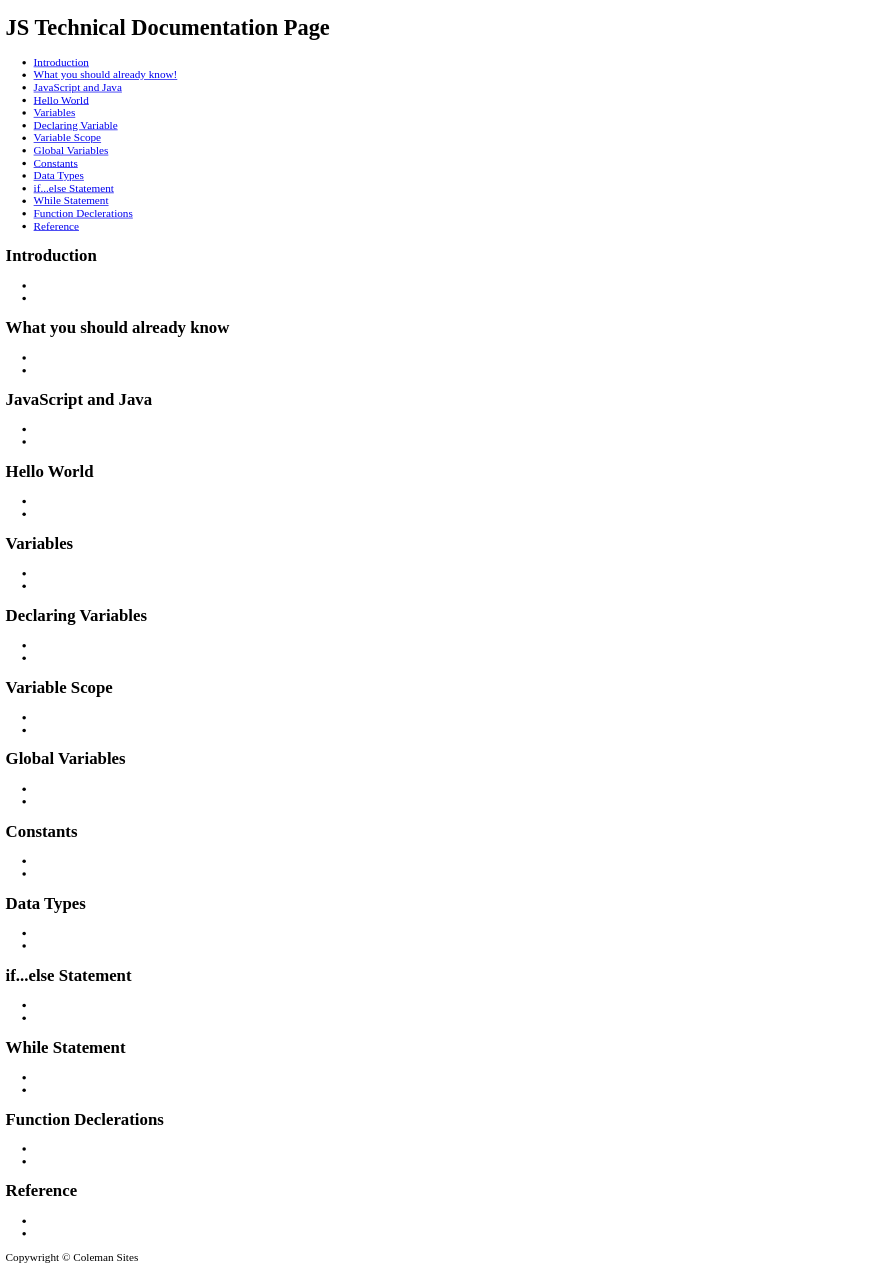
Repository: ctcoleman/technicalDocumentationPage
Page: index.html
An editor plug-in stored every save of this project. The page is shown before and after a run of saves, followed by the edit.
The browser window is 1280 px wide. The pictures show the whole page, at 70% of full size.

Above is the page before, as saved 2020-07-09 21:56:16.

After the next 2 saves:
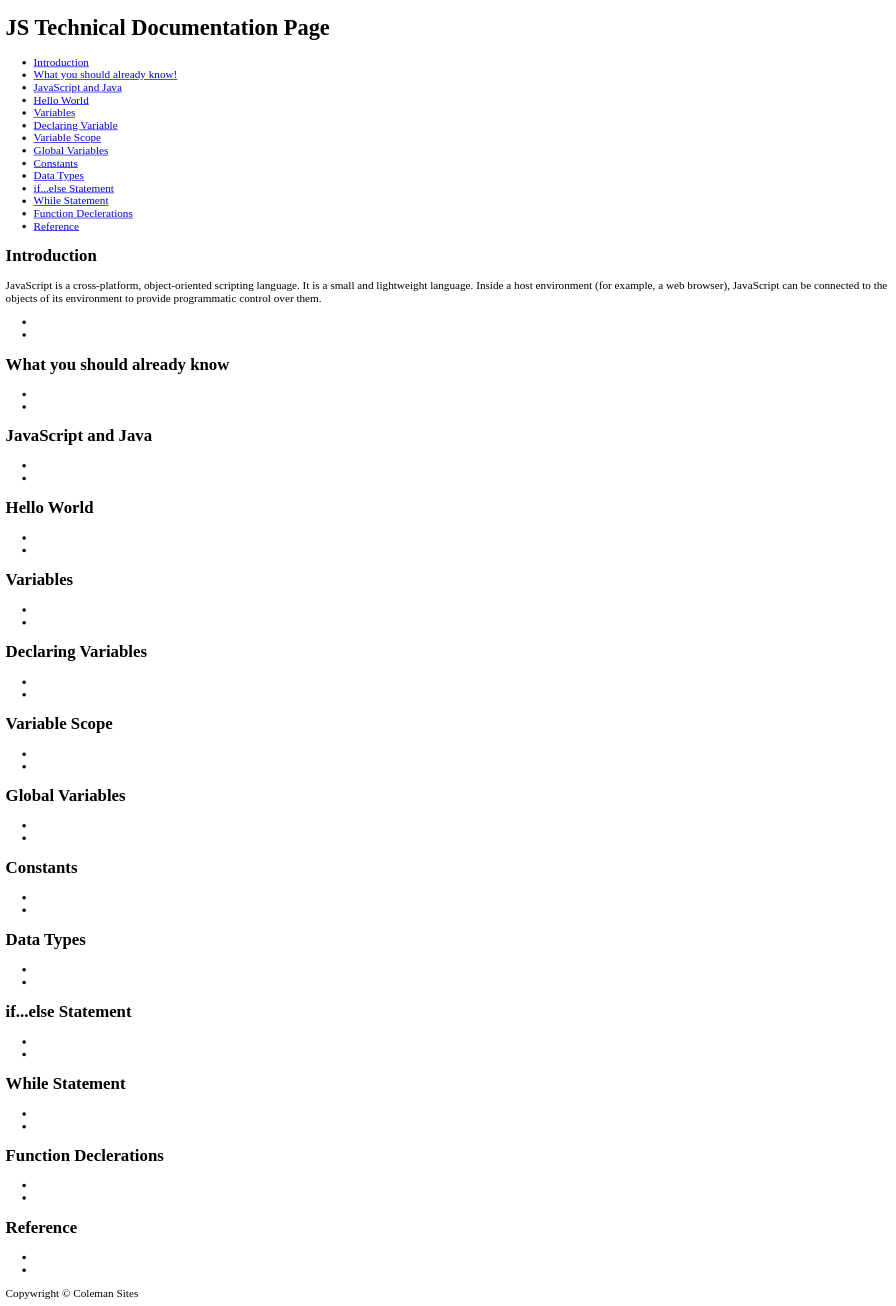
The 2 saves are shown as one change because they came seconds apart.
The last was saved 21 s later.
--- a/index.html
+++ b/index.html
@@ -61,6 +61,9 @@
       <h2 class="topic-header">Introduction</h2>
       <article>
         <p>
+          JavaScript is a cross-platform, object-oriented scripting language. It is a small and lightweight language. Inside a
+          host environment (for example, a web browser), JavaScript can be connected to the objects of its environment to provide
+          programmatic control over them.
           <ul>
             <li></li>
             <li></li>
